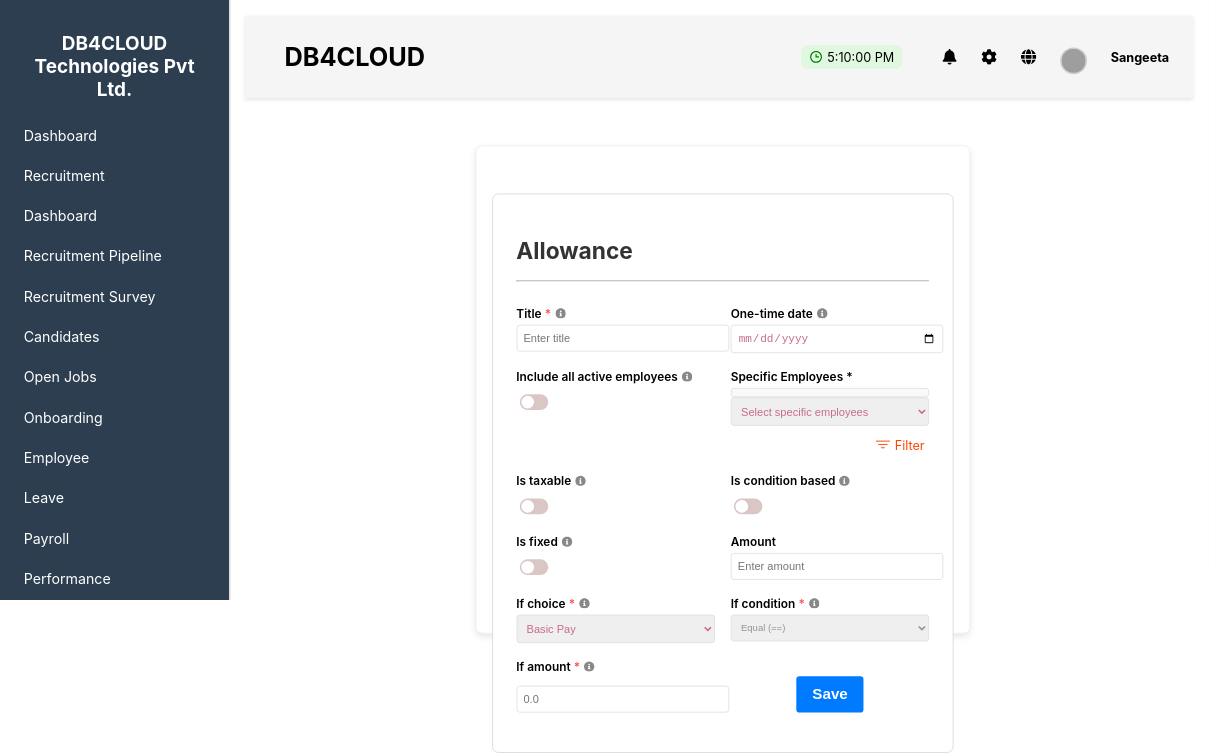
Repository: tinu-ns/Dev-code
Page: /allowances/create (app in HRMS-DEMO-Sang/hrms/)
An editor plug-in stored every save of this project. The page is shown before and after the next save, followed by the edit.
The browser window is 1280 px wide. The page is 1550 px wide, so the pictures cover 1550 px, including what lies to the right of the window. The pictures show the whole page, at 79% of full size.
Pictures or frames that could not be fetched are drawn as grey boxes. The project was rebuilt for these pictures with package versions that can differ from the ones it lists, and the page was loaded fresh each time. Also part of the build but not shown: HRMS-DEMO-Sang/hrms/src/components/Dashboard.js, HRMS-DEMO-Sang/hrms/src/components/Recruitment/RecruitmentDashboard.js, HRMS-DEMO-Sang/hrms/src/components/Recruitment/RecruitmentPipeline.js, HRMS-DEMO-Sang/hrms/src/components/Payroll/Allowances.js, HRMS-DEMO-Sang/hrms/src/components/Payroll/Contract.js, HRMS-DEMO-Sang/hrms/src/components/Payroll/Deductions.js, HRMS-DEMO-Sang/hrms/src/components/Payroll/Payslips.js, HRMS-DEMO-Sang/hrms/src/components/Payroll/PayrollDashboard.js and 4 more.

Above is the page before, as saved 2024-11-11 11:42:20.

After the next save:
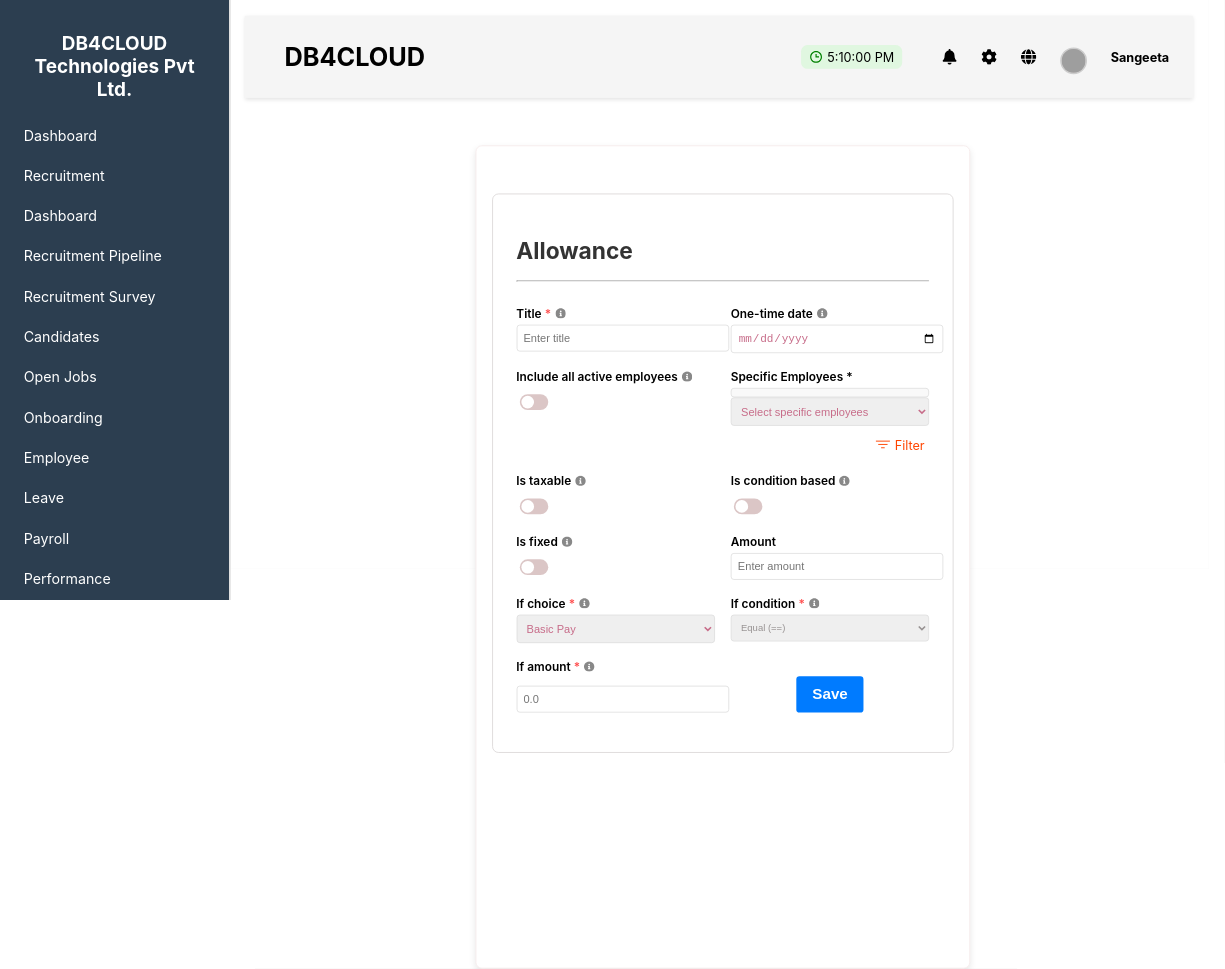
Saved 7 s later.
--- a/HRMS-DEMO-Sang/hrms/src/components/Payroll/CreateAllowance.css
+++ b/HRMS-DEMO-Sang/hrms/src/components/Payroll/CreateAllowance.css
@@ -7,7 +7,7 @@
     background-color: #ffffff;
     box-shadow: 0 4px 10px rgba(0, 0, 0, 0.1);
     border-radius: 8px;
-    height: 80vh;
+    height: 1000px;
   }
 
 .create-allowance-container {
